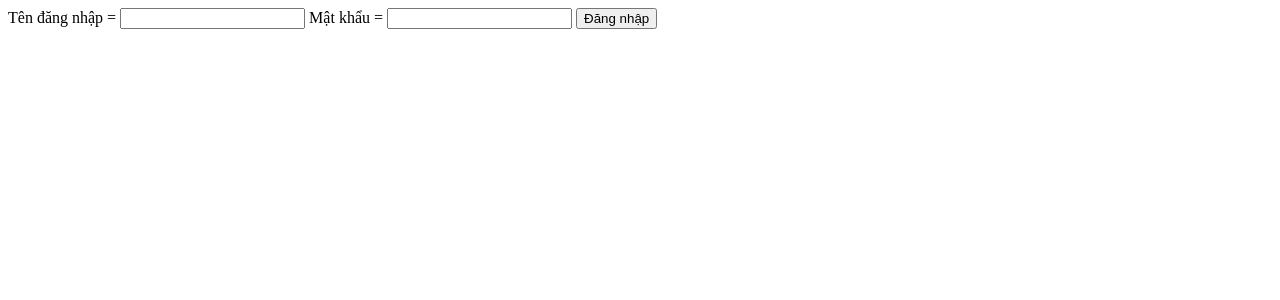
Repository: giakhiem2911/64131000_Web2
Page: Login/src/main/webapp/Login.html
An editor plug-in stored every save of this project. The page is shown before and after the next save, followed by the edit.
The browser window is 1280 px wide. The pictures show the whole page.

Above is the page before, as saved 2025-02-21 03:50:04.

### Login/src/main/webapp/Login.html
<!DOCTYPE html>
<html>
<head>
<meta charset="UTF-8">
<title>Login</title>
</head>
<body>
	<form action="Login.jsp" method="post">
		Tên đăng nhập = <input type="text" name="ten">
		Mật khẩu = <input type="password" name="mk">
		<input type="submit" value="Đăng nhập">
	</form>
</body>
</html>

After the next save:
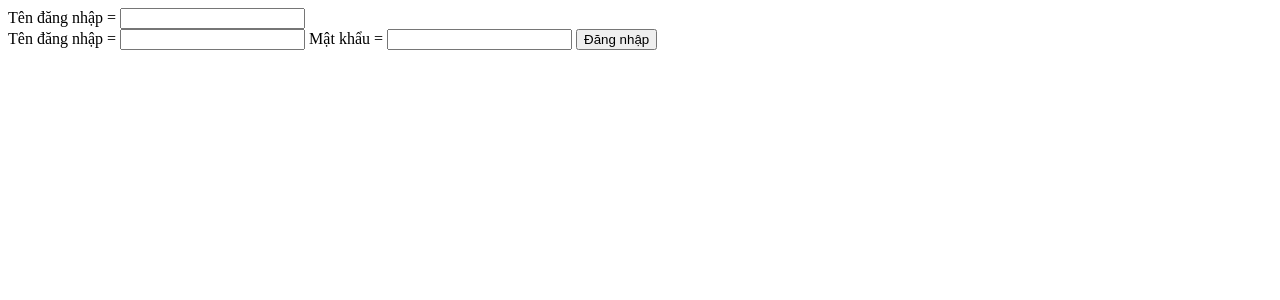
Saved 8 s later.
--- a/Login/src/main/webapp/Login.html
+++ b/Login/src/main/webapp/Login.html
@@ -3,6 +3,7 @@
 <head>
 <meta charset="UTF-8">
 <title>Login</title>
+Tên đăng nhập = <input type="text" name="ten">
 </head>
 <body>
 	<form action="Login.jsp" method="post">

After the save that followed:
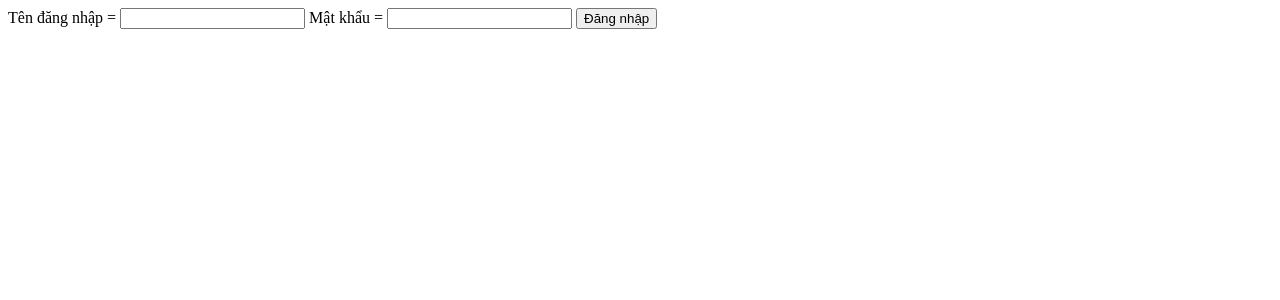
Saved 8 s later.
--- a/Login/src/main/webapp/Login.html
+++ b/Login/src/main/webapp/Login.html
@@ -3,7 +3,7 @@
 <head>
 <meta charset="UTF-8">
 <title>Login</title>
-Tên đăng nhập = <input type="text" name="ten">
+<link src="Login.html">
 </head>
 <body>
 	<form action="Login.jsp" method="post">
